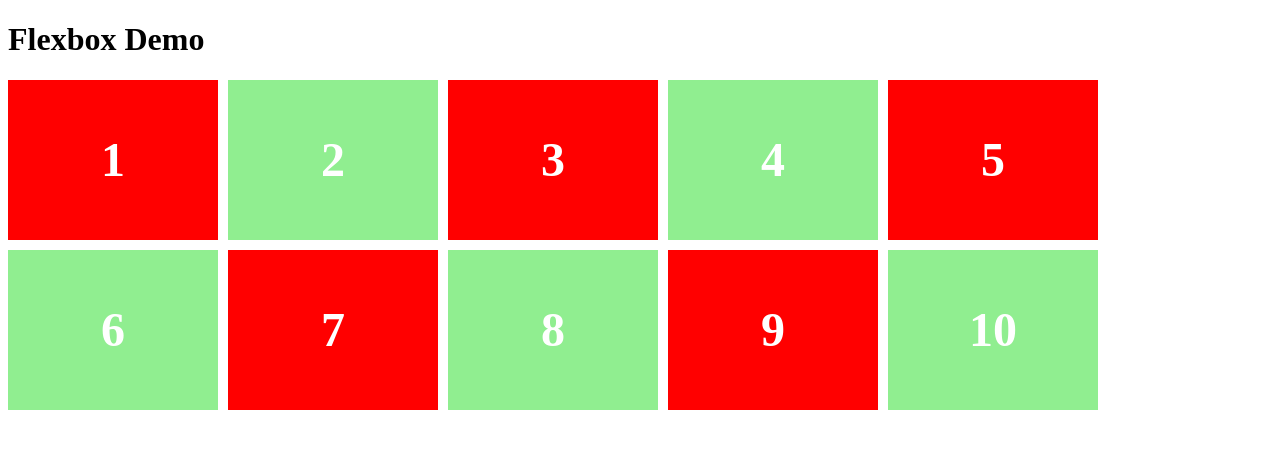
Repository: aniatot/CSS_KT
Page: 6 Flexbox Demo Project/index2.html
These files come from the project's save history. The page is drawn as it stood at one moment and after the next save; the edit follows.
The browser window is 1280 px wide. The pictures show the whole page.
Some web fonts or font styles are not loaded; a fallback is used.

Above is the page before, as saved 2023-10-19 02:17:54.

After the next save:
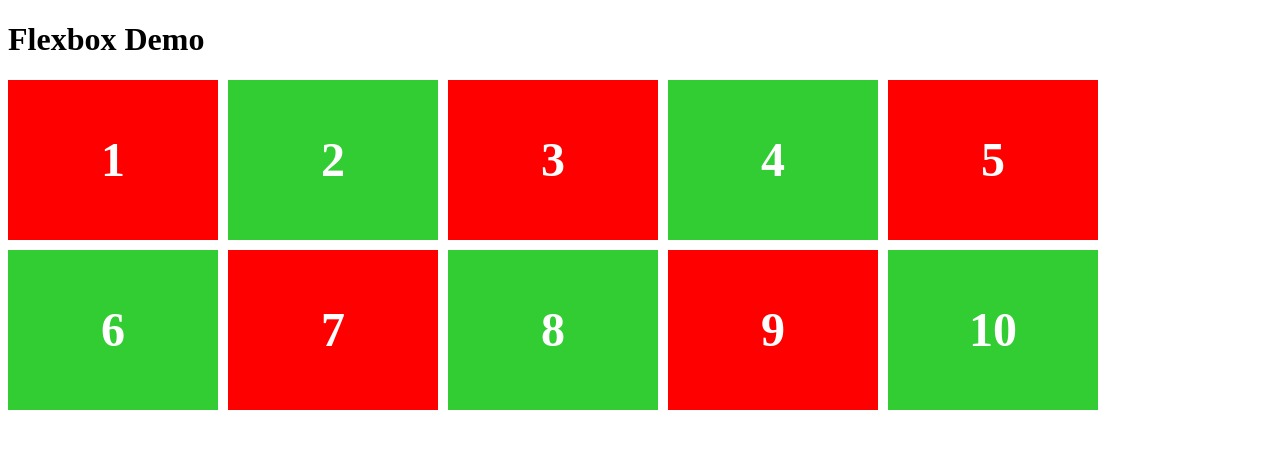
Saved 29 s later.
--- a/6 Flexbox Demo Project/index2.html
+++ b/6 Flexbox Demo Project/index2.html
@@ -37,7 +37,7 @@
 }
 
 .flex-item:nth-child(even) {
-  background: lightgreen;
+  background: limegreen;
 }
   </style>
 </head>
